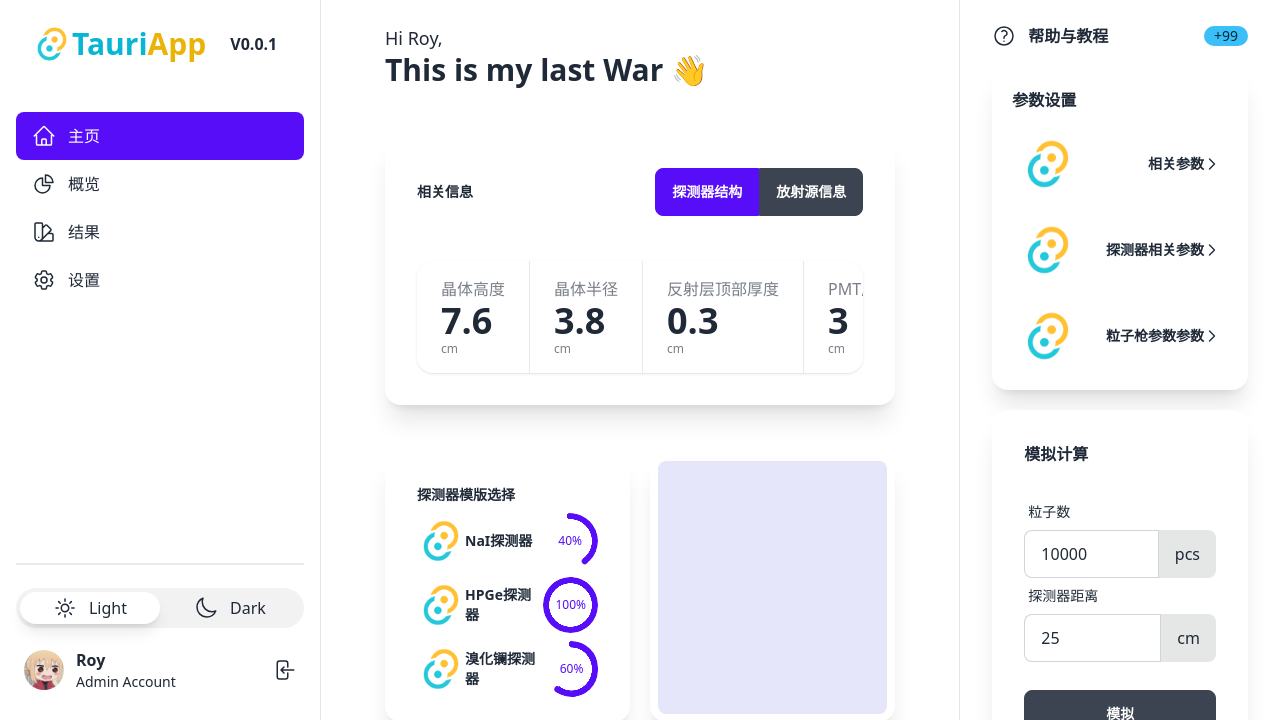
Repository: XMZOVO/tauri-geant4
Page: /
The author's editor kept a copy of each file at every save. The page is drawn from the files as they stood at one save, then again after the next save.
The browser window is 1280 px wide. The pictures show the whole page.
The page's requests for data from a server got no answer. An inner scrolling area shows only its first screen. The project was rebuilt for these pictures with package versions that can differ from the ones it lists, and the page was loaded fresh each time. No one was signed in, and anything a server would have sent is missing. Also part of the build but not shown: vite.config.ts.

Above is the page before, as saved 2022-09-11 18:58:32.

### src/main.ts
import { createApp } from "vue";
import App from "./App.vue";
import "./index.css";
import { Router } from "./router";
import { createPinia } from "pinia";

const pinia = createPinia();

createApp(App).use(pinia).use(Router).mount("#app");

### src/router/index.ts
import { createRouter, createWebHistory } from "vue-router";

const routes = [
  {
    path: "",
    component: () => import("../components/MainWindow.vue"),
    children: [
      {
        path: "",
        component: () => import("../components/Home.vue"),
      },
      {
        path: "Setting",
        component: () => import("../components/Setting.vue"),
      },
      {
        path: "Results",
        component: () => import("../components/Results.vue"),
      },
      {
        path: "Overview",
        component: () => import("../components/Overview.vue"),
      },
      // {
      //   path: "Plan",
      //   component: () => import("../components/Plan.vue"),
      // },
    ],
  },
];

export const Router = createRouter({
  scrollBehavior: () => ({ left: 0, top: 0 }),
  history: createWebHistory(),
  routes,
});

### src/components/Home.vue
<script setup lang="ts">
import { ref, onMounted } from "vue";
import { invoke } from "@tauri-apps/api/tauri";
import { useRouter, onBeforeRouteLeave, onBeforeRouteUpdate } from "vue-router";
import path from "path";
import { exit } from "@tauri-apps/api/process";
import { fetch } from "@tauri-apps/api/http";

const router = useRouter();
const greetMsg = ref("");
const name = ref("");
let specFile = ref("");
let JSRootPath = ref("/JsRoot720/");

let detectorSrc = ref(
  JSRootPath.value +
    "index.htm?nobrowser&file=http://localhost:8080/file/G4Backend/build/rootFiles/test.root&item=Default;1&opt=ssao;transp60"
);

const parametersNames = ref([
  { name: "探测器结构", checked: true },
  { name: "放射源信息", checked: false },
]);
const selectedName = ref("钻井液性能");
const detectorProperties = ref([
  { name: "晶体高度", value: 7.6, unit: "cm" },
  { name: "晶体半径", value: 3.8, unit: "cm" },
  { name: "反射层顶部厚度", value: "0.3", unit: "cm" },
  { name: "PMT厚度", value: 3, unit: "cm" },
]);
const radioactiveProperties = ref([
  { name: "放射性同位素", value: "Co60", unit: "" },
  { name: "粒子数", value: 1000, unit: "" },
  { name: "3", value: 20, unit: "" },
  { name: "4", value: 0.02, unit: "" },
  { name: "5", value: 10, unit: "" },
]);
const detectorList = ref([
  { name: "NaI探测器", percent: 40 },
  { name: "HPGe探测器", percent: 100 },
  { name: "溴化镧探测器", percent: 60 },
]);
const paticleParameters = ref([
  { name: "粒子数", value: 10000, unit: "pcs" },
  { name: "探测器距离", value: 25, unit: "cm" },
]);
const btnWait = ref("");

async function greet() {
  greetMsg.value = await invoke("greet", { name: name.value });
}

onMounted(async () => {});

const parametersInfoChanged = (name: String) => {
  if (name == "探测器结构") {
    parametersNames.value[0].checked = true;
    parametersNames.value[1].checked = false;
  } else {
    parametersNames.value[0].checked = false;
    parametersNames.value[1].checked = true;
  }
};

const executeCalculate = async () => {
  if (paticleParameters.value[0].value > 10000000) {
    alert("粒子数过大");
    return;
  }
  btnWait.value = "loading";
  const response = await fetch("http://localhost:8080/g4", {
    method: "POST",
    query: {
      ch: detectorProperties.value[0].value.toString(),
      cr: detectorProperties.value[1].value.toString(),
      rtt: detectorProperties.value[2].value.toString(),
      num: paticleParameters.value[0].value.toString(),
    },
  }).then((res) => {
    btnWait.value = "";
    router.push({ path: "/Overview" });
  });
};

const refreshDetector = async () => {
  detectorSrc.value = " ";
  await fetch("http://localhost:8080/gdml", {
    method: "GET",
    query: {
      ch: detectorProperties.value[0].value.toString(),
      cr: detectorProperties.value[1].value.toString(),
      rtt: detectorProperties.value[2].value.toString(),
      pmt: detectorProperties.value[3].value.toString(),
    },
  }).then(() => {
    // let iframe: any = document.getElementById("iframe");
    // iframe.contentWindow.location.reload(true);
    detectorSrc.value =
      JSRootPath.value +
      "index.htm?nobrowser&file=http://localhost:8080/file/G4Backend/build/rootFiles/wtest.root&item=Default;1&opt=ssao;transp60";
  });
};

const exitApp = async () => {
  await exit(1);
};
</script>

<template>
  <!-- <div class="card">
    <input id="greet-input" v-model="name" placeholder="Enter a name..." />
    <button type="button" @click="greet()">Greet</button>
  </div>

  <p>{{ greetMsg }}</p> -->

  <div class="flex h-full w-full">
    <div class="w-2/3 space-y-12 border-r border-base-300 py-6 px-16">
      <div class="h-auto">
        <span class="block text-lg font-normal">Hi Roy,</span>
        <span class="block text-3xl font-bold"
          >This is my last War &#128075;</span
        >
      </div>
      <div class="card h-2/5 w-full shadow-xl">
        <div class="card-body justify-between">
          <div class="flex justify-between">
            <p class="card-title text-sm">相关信息</p>
            <!-- 选择框 -->
            <!-- <div class="form-control w-1/3 max-w-xs">
              <select
                class="select select-bordered focus:outline-none"
                @change="parametersInfoChanged($event)"
              >
                <option v-for="item in parametersNames">{{ item }}</option>
              </select>
            </div> -->
            <div class="btn-group">
              <input
                v-for="item in parametersNames"
                type="radio"
                name="options"
                :data-title="item.name"
                class="btn"
                :checked="item.checked"
                @change="parametersInfoChanged(item.name)"
              />
            </div>
          </div>
          <!-- 统计信息 -->
          <div
            class="stats stats-vertical overflow-hidden shadow lg:stats-horizontal"
          >
            <div
              class="stat"
              v-if="parametersNames[0].checked"
              v-for="item in detectorProperties"
            >
              <div class="stat-title">{{ item.name }}</div>
              <div class="stat-value">{{ item.value }}</div>
              <div class="stat-desc">{{ item.unit }}</div>
            </div>
            <div
              class="stat"
              v-if="parametersNames[1].checked"
              v-for="item in radioactiveProperties"
            >
              <div class="stat-title">{{ item.name }}</div>
              <div class="stat-value">{{ item.value }}</div>
              <div class="stat-desc">{{ item.unit }}</div>
            </div>
          </div>
        </div>
      </div>
      <!-- 底部双卡片 -->
      <div class="flex h-2/5 space-x-5">
        <!-- 1 -->
        <div class="card w-1/2 bg-base-100 shadow-xl">
          <div class="card-body">
            <p class="text-sm font-semibold">探测器模版选择</p>
            <!-- item -->
            <div
              v-for="item in detectorList"
              class="flex items-center justify-between"
            >
              <img src="../assets/icon.png" class="h-12 w-12" />
              <p class="text-sm font-semibold">{{ item.name }}</p>
              <div
                class="radial-progress text-xs text-primary"
                :style="
                  '--value: ' +
                  item.percent +
                  '; --size: 3.5rem; --thickness: 6px'
                "
              >
                {{ item.percent }}%
              </div>
            </div>
          </div>
        </div>
        <!-- 2 -->
        <div class="card w-1/2 bg-base-100 shadow-xl">
          <div class="card-body p-2">
            <iframe
              :src="detectorSrc"
              frameborder="0"
              class="h-full w-full rounded-lg"
            ></iframe>
            <!-- <div class="h-full w-full bg-black" id="drawing"></div> -->
          </div>
        </div>
      </div>
    </div>

    <!-- 右侧 -->
    <div class="w-1/3 flex-col space-y-5 px-8 pt-6">
      <!-- 帮助 -->
      <div class="flex items-center justify-between">
        <div class="flex items-center space-x-3">
          <svg
            xmlns="http://www.w3.org/2000/svg"
            fill="none"
            viewBox="0 0 24 24"
            stroke-width="1.5"
            stroke="currentColor"
            class="h-6 w-6"
          >
            <path
              stroke-linecap="round"
              stroke-linejoin="round"
              d="M9.879 7.519c1.171-1.025 3.071-1.025 4.242 0 1.172 1.025 1.172 2.687 0 3.712-.203.179-.43.326-.67.442-.745.361-1.45.999-1.45 1.827v.75M21 12a9 9 0 11-18 0 9 9 0 0118 0zm-9 5.25h.008v.008H12v-.008z"
            />
          </svg>
          <label class="font-bold">帮助与教程</label>
        </div>
        <div class="badge badge-info">+99</div>
      </div>
      <!-- 帮助 -->
      <!-- 卡1 -->
      <div class="flex space-x-5">
        <div class="card w-full overflow-visible bg-base-100 shadow-xl">
          <div class="card-body p-5">
            <div class="flex-col space-y-5">
              <p class="text-md font-bold">参数设置</p>

              <!-- 溢流物 -->
              <div class="dropdown-left dropdown w-full">
                <div
                  tabindex="0"
                  class="flex items-center justify-between rounded-xl px-2 py-1 duration-300 hover:cursor-pointer hover:bg-primary hover:text-base-100"
                >
                  <img src="../assets/icon.png" class="h-14 w-14 rounded-xl" />
                  <div class="flex items-center">
                    <p class="text-sm font-bold">相关参数</p>
                    <svg
                      xmlns="http://www.w3.org/2000/svg"
                      fill="none"
                      viewBox="0 0 24 24"
                      stroke-width="2"
                      stroke="currentColor"
                      class="h-4 w-4"
                    >
                      <path
                        stroke-linecap="round"
                        stroke-linejoin="round"
                        d="M8.25 4.5l7.5 7.5-7.5 7.5"
                      />
                    </svg>
                  </div>
                </div>
                <!-- 浮动窗口 -->
                <div
                  tabindex="0"
                  class="card dropdown-content rounded-box w-full bg-base-100 shadow"
                >
                  <div class="card-body space-y-3">
                    <p class="font-bold">设置相关参数</p>
                    <div
                      v-for="item in overflowParam"
                      class="flex items-center justify-between"
                    >
                      <p>{{ item.name }}</p>
                      <p class="font-bold text-primary">{{ item.percent }}%</p>
                      <input
                        type="range"
                        min="0"
                        max="100"
                        v-model="item.percent"
                        class="range range-xs w-1/2"
                        step="1"
                      />
                    </div>
                  </div>
                </div>
              </div>
              <!-- 溢流物 -->
              <!-- 钻井液 -->
              <div class="dropdown-left dropdown w-full">
                <div
                  tabindex="0"
                  class="flex items-center justify-between rounded-xl px-2 py-1 duration-300 hover:cursor-pointer hover:bg-primary hover:text-base-100"
                >
                  <img src="../assets/icon.png" class="h-14 w-14 rounded-xl" />
                  <div class="flex items-center">
                    <p class="text-sm font-bold">探测器相关参数</p>
                    <svg
                      xmlns="http://www.w3.org/2000/svg"
                      fill="none"
                      viewBox="0 0 24 24"
                      stroke-width="2"
                      stroke="currentColor"
                      class="h-4 w-4"
                    >
                      <path
                        stroke-linecap="round"
                        stroke-linejoin="round"
                        d="M8.25 4.5l7.5 7.5-7.5 7.5"
                      />
                    </svg>
                  </div>
                </div>
                <!-- 浮动窗口 -->
                <div
                  tabindex="0"
                  class="card dropdown-content rounded-box w-96 bg-base-100 shadow"
                >
                  <div class="card-body space-y-1">
                    <div class="flex items-center">
                      <p class="font-bold">设置探测器参数</p>
                      <button class="btn btn-xs" @click="refreshDetector">
                        刷新探测器模型
                      </button>
                    </div>
                    <div
                      v-for="item in detectorProperties"
                      class="form-control"
                    >
                      <label class="label">
                        <span class="label-text">{{ item.name }}</span>
                      </label>
                      <label class="input-group">
                        <input
                          type="text"
                          v-model="item.value"
                          class="input input-bordered w-3/4 focus:outline-none"
                        />
                        <span class="w-1/4">{{ item.unit }}</span>
                      </label>
                    </div>
                  </div>
                </div>
              </div>
              <!-- 钻井液 -->
              <!-- 节流压 -->
              <div class="dropdown-left dropdown w-full">
                <div
                  tabindex="0"
                  class="flex items-center justify-between rounded-xl px-2 py-1 duration-300 hover:cursor-pointer hover:bg-primary hover:text-base-100"
                >
                  <img src="../assets/icon.png" class="h-14 w-14 rounded-xl" />
                  <div class="flex items-center">
                    <p class="text-sm font-bold">粒子枪参数参数</p>
                    <svg
                      xmlns="http://www.w3.org/2000/svg"
                      fill="none"
                      viewBox="0 0 24 24"
                      stroke-width="2"
                      stroke="currentColor"
                      class="h-4 w-4"
                    >
                      <path
                        stroke-linecap="round"
                        stroke-linejoin="round"
                        d="M8.25 4.5l7.5 7.5-7.5 7.5"
                      />
                    </svg>
                  </div>
                </div>
                <!-- 浮动窗口 -->
                <div
                  tabindex="0"
                  class="card dropdown-content rounded-box w-96 bg-base-100 shadow"
                >
                  <div class="card-body space-y-3">
                    <p class="font-bold">设置粒子枪参数</p>
                    <div
                      v-for="item in radioactiveProperties"
                      class="form-control"
                    >
                      <label class="label">
                        <span class="label-text">{{ item.name }}</span>
                      </label>
                      <label class="input-group">
                        <input
                          type="text"
                          v-model="item.value"
                          class="input input-bordered w-3/4 focus:outline-none"
                        />
                        <span class="w-1/4">{{ item.unit }}</span>
                      </label>
                    </div>
                  </div>
                </div>
              </div>
              <!-- 节流压 -->
            </div>
          </div>
        </div>
      </div>
      <!-- 卡2 -->
      <div class="flex space-x-5">
        <div class="card w-full bg-base-100 shadow-xl">
          <div class="card-body space-y-5">
            <p class="text-md font-bold">模拟计算</p>
            <div>
              <div v-for="item in paticleParameters" class="form-control">
                <label class="label">
                  <span class="label-text">{{ item.name }}</span>
                </label>
                <label class="input-group">
                  <input
                    type="text"
                    placeholder="0.01"
                    v-model="item.value"
                    class="input input-bordered w-full focus:outline-none"
                  />
                  <span>{{ item.unit }}</span>
                </label>
              </div>
            </div>
            <!-- 计算 -->
            <button :class="'btn w-full ' + btnWait" @click="executeCalculate">
              模拟
            </button>
          </div>
        </div>
      </div>
    </div>
  </div>
</template>

<style scoped></style>

Loaded but not shown: index.html (common file); src/App.vue (common file); src/index.css (common file); tailwind.config.cjs (common file); public/JsRoot720/modules/d3.mjs (library); public/JsRoot720/modules/gui/HierarchyPainter.mjs (library); public/JsRoot720/modules/io.mjs (3859 lines, source omitted); public/JsRoot720/modules/gpad/TFramePainter.mjs (2781 lines, source omitted); public/JsRoot720/modules/gpad/TPadPainter.mjs (2078 lines, source omitted); public/JsRoot720/modules/gui/menu.mjs (1573 lines, source omitted); public/JsRoot720/modules/core.mjs (1681 lines, source omitted); public/JsRoot720/modules/gui/display.mjs (1711 lines, source omitted); public/JsRoot720/modules/base/ObjectPainter.mjs (1608 lines, source omitted); public/JsRoot720/modules/base/math.mjs (2061 lines, source omitted); public/JsRoot720/modules/gpad/TAxisPainter.mjs (1330 lines, source omitted); public/JsRoot720/modules/hist/TPavePainter.mjs (1257 lines, source omitted); public/JsRoot720/modules/base/latex.mjs (1324 lines, source omitted); public/JsRoot720/modules/draw.mjs (618 lines, source omitted); public/JsRoot720/modules/gui/utils.mjs (511 lines, source omitted); public/JsRoot720/modules/gpad/TCanvasPainter.mjs (756 lines, source omitted); public/JsRoot720/modules/base/BasePainter.mjs (670 lines, source omitted); public/JsRoot720/modules/base/TAttFillHandler.mjs (343 lines, source omitted); public/JsRoot720/modules/base/TAttMarkerHandler.mjs (292 lines, source omitted); public/JsRoot720/modules/gui.mjs (206 lines, source omitted); public/JsRoot720/modules/base/colors.mjs (172 lines, source omitted); public/JsRoot720/modules/base/TAttLineHandler.mjs (166 lines, source omitted); public/JsRoot720/modules/base/FontHandler.mjs (139 lines, source omitted); src/components/MainWindow.vue (303 lines, source omitted)

After the next save:
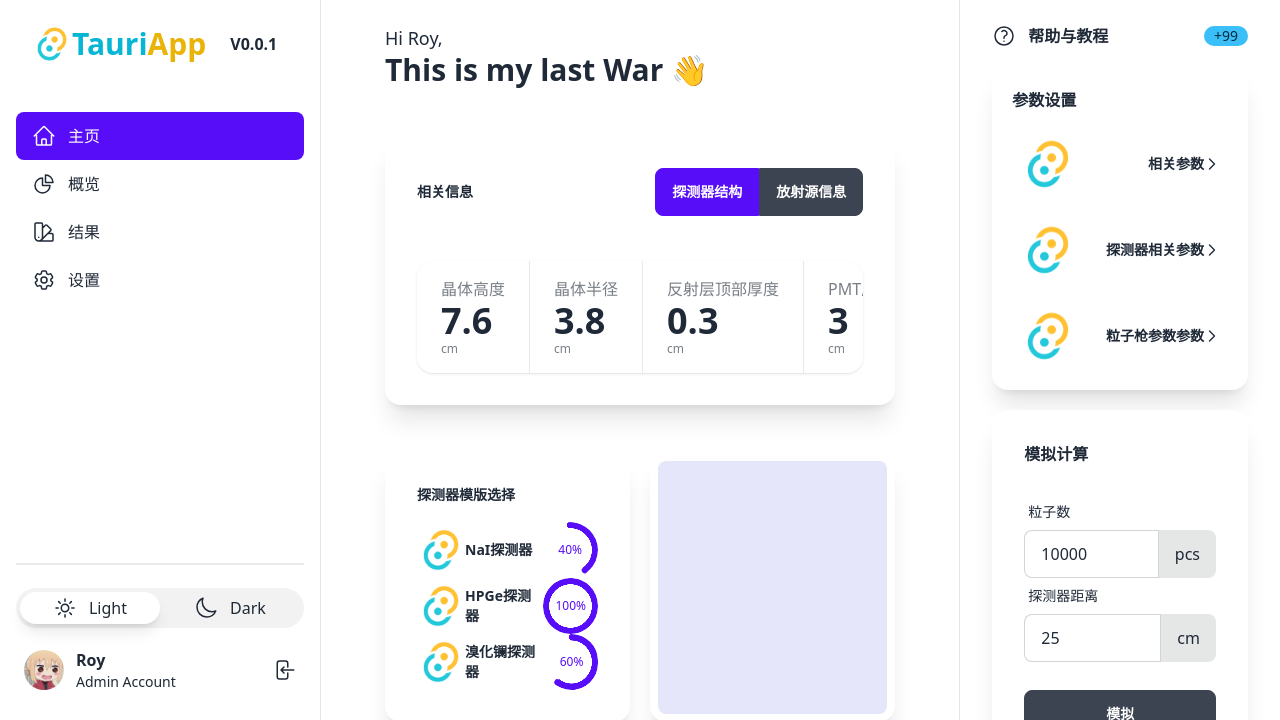
Saved 31 s later.
--- a/src/components/Home.vue
+++ b/src/components/Home.vue
@@ -179,21 +179,23 @@ const exitApp = async () => {
           <div class="card-body">
             <p class="text-sm font-semibold">探测器模版选择</p>
             <!-- item -->
-            <div
-              v-for="item in detectorList"
-              class="flex items-center justify-between"
-            >
-              <img src="../assets/icon.png" class="h-12 w-12" />
-              <p class="text-sm font-semibold">{{ item.name }}</p>
+            <div class="flex flex-col">
               <div
-                class="radial-progress text-xs text-primary"
-                :style="
-                  '--value: ' +
-                  item.percent +
-                  '; --size: 3.5rem; --thickness: 6px'
-                "
+                v-for="item in detectorList"
+                class="flex items-center justify-between"
               >
-                {{ item.percent }}%
+                <img src="../assets/icon.png" class="h-12 w-12" />
+                <p class="text-sm font-semibold">{{ item.name }}</p>
+                <div
+                  class="radial-progress text-xs text-primary"
+                  :style="
+                    '--value: ' +
+                    item.percent +
+                    '; --size: 3.5rem; --thickness: 6px'
+                  "
+                >
+                  {{ item.percent }}%
+                </div>
               </div>
             </div>
           </div>
